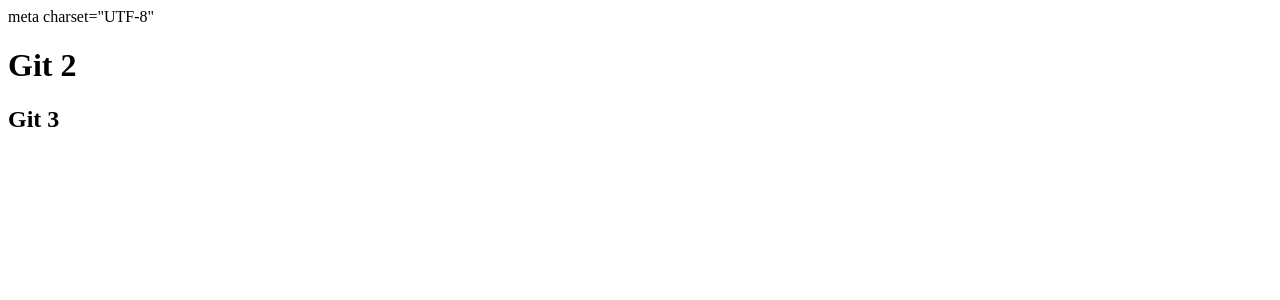
Repository: RustamMakh/Git
Page: index.html
The author's editor kept a copy of each file at every save. The page is drawn from the files as they stood at one save, then again after the next save.
The browser window is 1280 px wide. The pictures show the whole page.

Above is the page before, as saved 2022-06-05 18:28:33.

### index.html
<!DOCTYPE html>
<html>
    <head>
        meta charset="UTF-8"
        <title>Git test 2</title>
    </head>
    <body>
        <h1>Git 2</h1>
        <h2>Git 3</h2>
    </body>

</html>

After the next save:
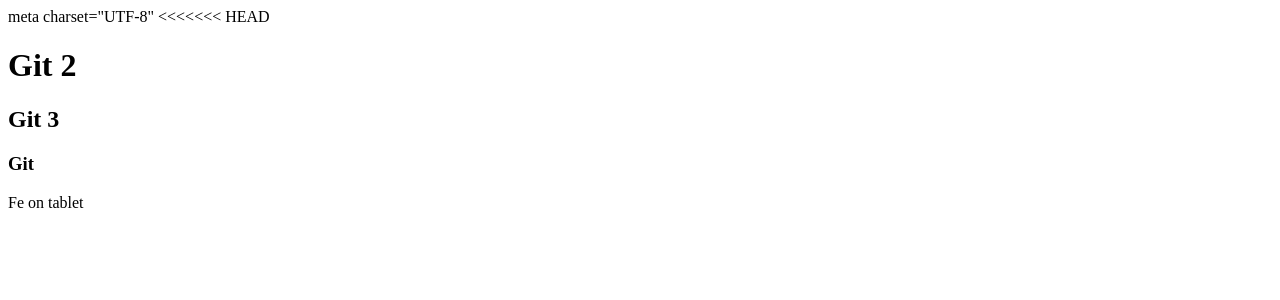
Saved 18 min 27 s later.
--- a/index.html
+++ b/index.html
@@ -2,11 +2,14 @@
 <html>
     <head>
         meta charset="UTF-8"
+<<<<<<< HEAD
         <title>Git test 2</title>
     </head>
     <body>
         <h1>Git 2</h1>
         <h2>Git 3</h2>
+        <h3>Git</h3>
+        <p>Fe on tablet</p>
     </body>
 
 </html>
